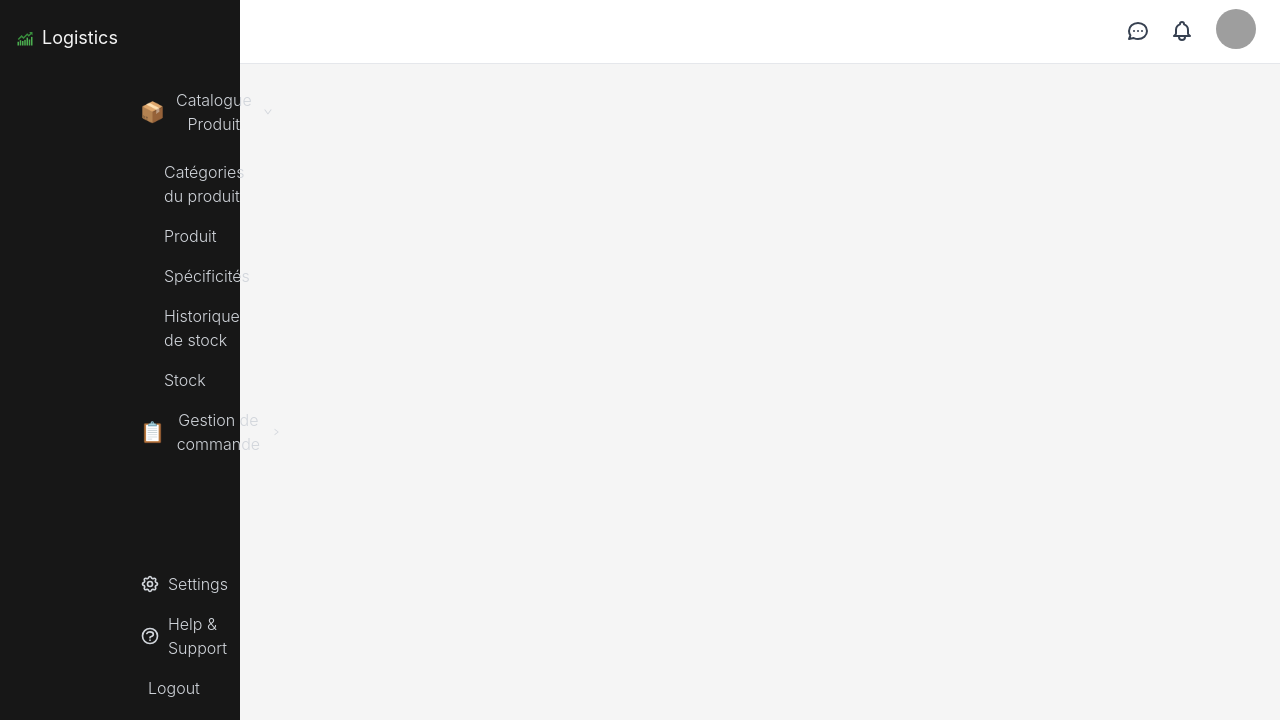
Repository: Mayar2222/Dashboard
Page: /, after clicking the first element matching `button.flex`
An editor plug-in stored every save of this project. The page is shown before and after the next save, followed by the edit.
The browser window is 1280 px wide. The pictures show the whole page.
Pictures or frames that could not be fetched are drawn as grey boxes. The project was rebuilt for these pictures with package versions that can differ from the ones it lists, and the page was loaded fresh each time. Also part of the build but not shown: src/components/CatalogueProduits.jsx, src/components/Categories.jsx.

Above is the page before, as saved 2024-07-28 17:39:37.

### src/App.jsx
import { Route, BrowserRouter as Router, Routes } from "react-router-dom";
import CatalogueProduits from "./components/CatalogueProduits";
import Categories from "./components/Categories";
import Layout from "./components/shared/Layout";

function App() {
  return (
      <Router>
      <Routes>
        <Route path="/"  element={<Layout/>}>
          <Route path="CatalogueProduits"  element={<CatalogueProduits/>}/>
          <Route path="Categories"  element={<Categories/>}/>

          <Route path="login"  element={<div>this login page</div>}/>

        </Route>
      </Routes>
      </Router>
  );
}

export default App;

### src/index.css
@import url('https://fonts.googleapis.com/css2? family=Poppins:wght@400; 600;700&display=swap');


@tailwind base;
@tailwind components;
@tailwind utilities;

@layer base {
    html {
        font-family: 'Inter', sans-serif;
        line-height: 1.3;
    }
    table {
        /* Add any specific styles for the table here if needed */
    }
    th,
    td {
        @apply py-3 px-2.5 text-sm text-left border-y border-gray-200;
    }
    thead {
        @apply bg-neutral-100;
    }
    th {
        @apply font-semibold;
    }
    a {
        @apply text-sky-500 hover:underline;
    }
}

### src/components/shared/Layout.jsx
import React from 'react'
import { Outlet } from 'react-router-dom'
import Header from './Header'
import Sidebar from './Sidebar'
export default function Layout() {
  return (
    <div className='flex flex-row bg-neutral-100 h-screen w-screen overflow-hidden'>
<Sidebar/>
     <div className='flex-1'>
      <Header/>
      <div className='p-4'>{<Outlet/>}</div>

      </div>


    </div>
  )
}

### src/components/shared/Header.jsx
import { Menu, Popover, Transition } from '@headlessui/react';
import React, { Fragment } from 'react';
import { HiOutlineBell, HiOutlineChat } from 'react-icons/hi';

export default function Header() {
  return (
    <div className='bg-white h-16 px-4 flex justify-between items-center border-b border-gray-200'>
      <div className='relative'>

      </div>
      <div className="flex items-center gap-2 mr-2">
        <Popover className="relative">
          {({ open }) => (
            <>
              <Popover.Button
                className={`p-1.5 rounded-sm inline-flex items-center ${open ? 'text-gray-900' : 'text-gray-700 hover:text-gray-900'} focus:outline-none`}
              >
                <HiOutlineChat fontSize={24} />
              </Popover.Button>
              <Transition
                as={Fragment}
                enter="transition ease-out duration-200"
                enterFrom="opacity-0 translate-y-1"
                enterTo="opacity-100 translate-y-0"
                leave="transition ease-in duration-150"
                leaveFrom="opacity-100 translate-y-0"
                leaveTo="opacity-0 translate-y-1"
              >
                <Popover.Panel className="absolute right-0 z-10 mt-2.5 w-80">
                  <div className="bg-white rounded-sm shadow-md ring-1 ring-black ring-opacity-5 px-2 py-2.5">
                    <strong className="text-gray-700 font-medium">Messages</strong>
                    <div className="mt-2">This is the messages panel!</div>
                  </div>
                </Popover.Panel>
              </Transition>
            </>
          )}
        </Popover>

        <Popover className="relative">
          {({ open }) => (
            <>
              <Popover.Button
                className={`p-1.5 rounded-sm inline-flex items-center ${open ? 'text-gray-900' : 'text-gray-700 hover:text-gray-900'} focus:outline-none`}
              >
                <HiOutlineBell fontSize={24} />
              </Popover.Button>
              <Transition
                as={Fragment}
                enter="transition ease-out duration-200"
                enterFrom="opacity-0 translate-y-1"
                enterTo="opacity-100 translate-y-0"
                leave="transition ease-in duration-150"
                leaveFrom="opacity-100 translate-y-0"
                leaveTo="opacity-0 translate-y-1"
              >
                <Popover.Panel className="absolute right-0 z-10 mt-2.5 w-80">
                  <div className="bg-white rounded-sm shadow-md ring-1 ring-black ring-opacity-5 px-2 py-2.5">
                    <strong className="text-gray-700 font-medium">Notifications</strong>
                    <div className="mt-2">This is the notifications panel!</div>
                  </div>
                </Popover.Panel>
              </Transition>
            </>
          )}
        </Popover>

        <Menu as="div" className="relative">
          <div>
            <Menu.Button className="ml-2 inline-flex">
              <span className='sr-only'>Open user menu</span>
              <div className='h-10 w-10 rounded-full bg-sky-500 bg-cover bg-no-repeat bg-center' style={{backgroundImage: 'url("https://images.unsplash.com/photo-1529626455594-4ff0802cfb7e?crop=faces&fit=crop&w=80&h=80&q=80")'}}>
                <span className='sr-only'>Mayar</span>
              </div>
            </Menu.Button>
          </div>
          <Transition
            as={Fragment}
            enter="transition ease-out duration-200"
            enterFrom="opacity-0 translate-y-1"
            enterTo="opacity-100 translate-y-0"
            leave="transition ease-in duration-150"
            leaveFrom="opacity-100 translate-y-0"
            leaveTo="opacity-0 translate-y-1"
          >
            <Menu.Items className="absolute right-0 mt-2 w-48 origin-top-right bg-white border border-gray-200 divide-y divide-gray-100 rounded-md shadow-lg outline-none">
              <div className="px-4 py-3">
                <p className="text-sm">Signed in as</p>
                <p className="text-sm font-medium text-gray-900 truncate">Mayar</p>
              </div>
              <div className="py-1">
                <Menu.Item>
                  {({ active }) => (
                    <a
                      href="/profile"
                      className={`${
                        active ? 'bg-gray-100 text-gray-900' : 'text-gray-700'
                      } flex justify-between w-full px-4 py-2 text-sm leading-5 text-left`}
                    >
                      Your Profile
                    </a>
                  )}
                </Menu.Item>
                <Menu.Item>
                  {({ active }) => (
                    <a
                      href="/settings"
                      className={`${
                        active ? 'bg-gray-100 text-gray-900' : 'text-gray-700'
                      } flex justify-between w-full px-4 py-2 text-sm leading-5 text-left`}
                    >
                      Settings
                    </a>
                  )}
                </Menu.Item>
              </div>
              <div className="py-1">
                <Menu.Item>
                  {({ active }) => (
                    <a
                      href="/logout"
                      className={`${
                        active ? 'bg-gray-100 text-gray-900' : 'text-gray-700'
                      } flex justify-between w-full px-4 py-2 text-sm leading-5 text-left`}
                    >
                      Sign out
                    </a>
                  )}
                </Menu.Item>
              </div>
            </Menu.Items>
          </Transition>
        </Menu>
      </div>
    </div>
  );
}

### src/components/shared/Sidebar.jsx
import React, { useState } from 'react';
import { AiOutlineDown, AiOutlineRight } from 'react-icons/ai';
import { FcBullish } from 'react-icons/fc';
import { HiOutlineLogout } from 'react-icons/hi';
import { Link, useLocation } from 'react-router-dom';
import { DASHBOARD_SIDEBAR_BOTTOM_LINKS, DASHBOARD_SIDEBAR_LINKS } from '../../lib/consts/navigation';

const linkClasses =
  'flex items-center gap-2 font-light px-32 py-2 hover:bg-neutral-700 hover:no-underline active:bg-neutral-600 rounded-sm text-base text-gray-300';

const titleClasses = 'flex items-center gap-2 px-1 py-3 text-neutral-100 text-lg';

export default function Sidebar() {
  const { pathname } = useLocation();
  const [isCatalogueOpen, setIsCatalogueOpen] = useState(false);
  const [isGestionOpen, setIsGestionOpen] = useState(false);

  const toggleCatalogue = () => {
    setIsCatalogueOpen(!isCatalogueOpen);
  };

  const toggleGestion = () => {
    setIsGestionOpen(!isGestionOpen);
  };

  return (
    <div className="bg-neutral-900 w-60 p-3 flex flex-col text-white h-full fixed">
      <div className={titleClasses}>
        <FcBullish />
        <span>Logistics</span>
      </div>
      <div className="flex-1 mt-4">
        <div>
          <button onClick={toggleCatalogue} className={linkClasses}>
            <span className="text-xl">📦</span>
            <span>Catalogue Produit</span>
            {isCatalogueOpen ? <AiOutlineDown /> : <AiOutlineRight />}
          </button>
          {isCatalogueOpen && (
            <div className="ml-6 mt-2">
              <Link to="/categories" className={linkClasses}>
                Catégories du produit
              </Link>
              <Link to="/produit" className={linkClasses}>
                Produit
              </Link>
              <Link to="/spf" className={linkClasses}>
                Spécificités
              </Link>
              <Link to="/historique" className={linkClasses}>
                Historique de stock
              </Link>
              <Link to="/stock" className={linkClasses}>
                Stock
              </Link>
            </div>
          )}
        </div>

        <div>
          <button onClick={toggleGestion} className={linkClasses}>
            <span className="text-xl">📋</span>
            <span>Gestion de commande</span>
            {isGestionOpen ? <AiOutlineDown /> : <AiOutlineRight />}
          </button>
          {isGestionOpen && (
            <div className="ml-6 mt-2">
              <Link to="/commande" className={linkClasses}>
                Commande
              </Link>
              <Link to="/suivi" className={linkClasses}>
                Suivi
              </Link>
              <Link to="/facturation" className={linkClasses}>
                Facturation
              </Link>
            </div>
          )}
        </div>

        {DASHBOARD_SIDEBAR_LINKS.filter(link => link.label !== "Catalogue Produit" && link.label !== "Gestion de commande").map(({ key, path, icon, label }) => (
          <Link
            key={key}
            to={path}
            className={`${linkClasses} ${pathname === path ? 'bg-neutral-700' : ''}`}
          >
            {icon && <span className="text-xl">{icon}</span>}
            <span>{label}</span>
          </Link>
        ))}
      </div>
      <div className="mt-4">
        {DASHBOARD_SIDEBAR_BOTTOM_LINKS.map(({ key, path, icon, label }) => (
          <Link
            key={key}
            to={path}
            className={`${linkClasses} ${pathname === path ? 'bg-neutral-700' : ''}`}
          >
            {icon && <span className="text-xl">{icon}</span>}
            <span>{label}</span>
          </Link>
        ))}
        <Link
          to="/logout" // Adjust the path as needed
          className={linkClasses}
        >
          <HiOutlineLogout className="text-xl" />
          <span>Logout</span>
        </Link>
      </div>
    </div>
  );
}

### src/lib/consts/navigation.jsx
import {
	HiOutlineCog,
	HiOutlineCube,
	HiOutlineQuestionMarkCircle
} from 'react-icons/hi'

export const DASHBOARD_SIDEBAR_LINKS = [

	{
		key: 'CatalogueProduits',
		label: 'Catalogue Produit',
		path: '/CatalogueProduits',
		icon: <HiOutlineCube />
	},



]

export const DASHBOARD_SIDEBAR_BOTTOM_LINKS = [
	{
		key: 'settings',
		label: 'Settings',
		path: '/settings',
		icon: <HiOutlineCog />
	},
	{
		key: 'support',
		label: 'Help & Support',
		path: '/support',
		icon: <HiOutlineQuestionMarkCircle />
	}
]

Loaded but not shown: public/index.html (common file); src/index.js (common file); tailwind.config.js (common file)

After the next save:
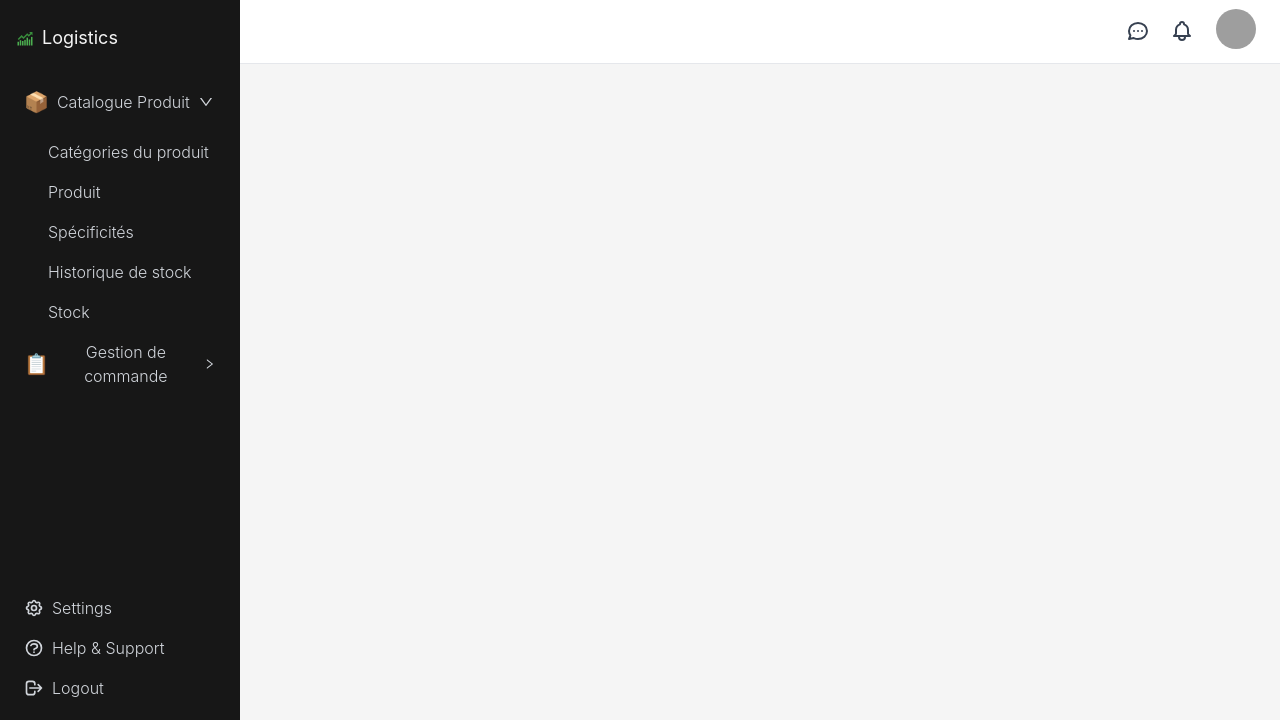
Saved 4 s later.
--- a/src/components/shared/Sidebar.jsx
+++ b/src/components/shared/Sidebar.jsx
@@ -6,7 +6,7 @@ import { Link, useLocation } from 'react-router-dom';
 import { DASHBOARD_SIDEBAR_BOTTOM_LINKS, DASHBOARD_SIDEBAR_LINKS } from '../../lib/consts/navigation';
 
 const linkClasses =
-  'flex items-center gap-2 font-light px-32 py-2 hover:bg-neutral-700 hover:no-underline active:bg-neutral-600 rounded-sm text-base text-gray-300';
+  'flex items-center gap-2 font-light px-3 py-2 hover:bg-neutral-700 hover:no-underline active:bg-neutral-600 rounded-sm text-base text-gray-300';
 
 const titleClasses = 'flex items-center gap-2 px-1 py-3 text-neutral-100 text-lg';
 
